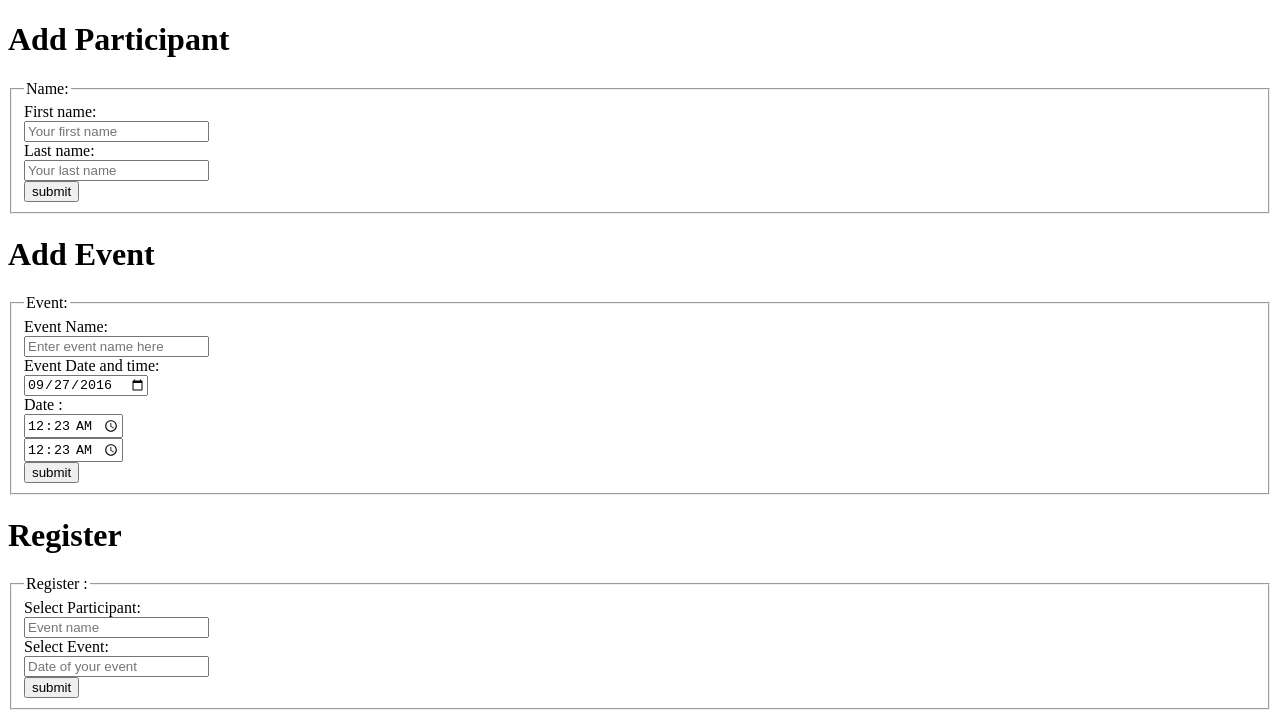
Repository: erickzhao/Event-Registration-Application
Page: http://localhost/
These files come from the project's save history. The page is drawn as it stood at one moment and after the next save; the edit follows.
The browser window is 1280 px wide. The pictures show the whole page.
The page is run by PHP 8.4 with error messages shown; the project is at /var/www/html/.

Above is the page before, as saved 2016-09-28 01:34:31.

After the next save:
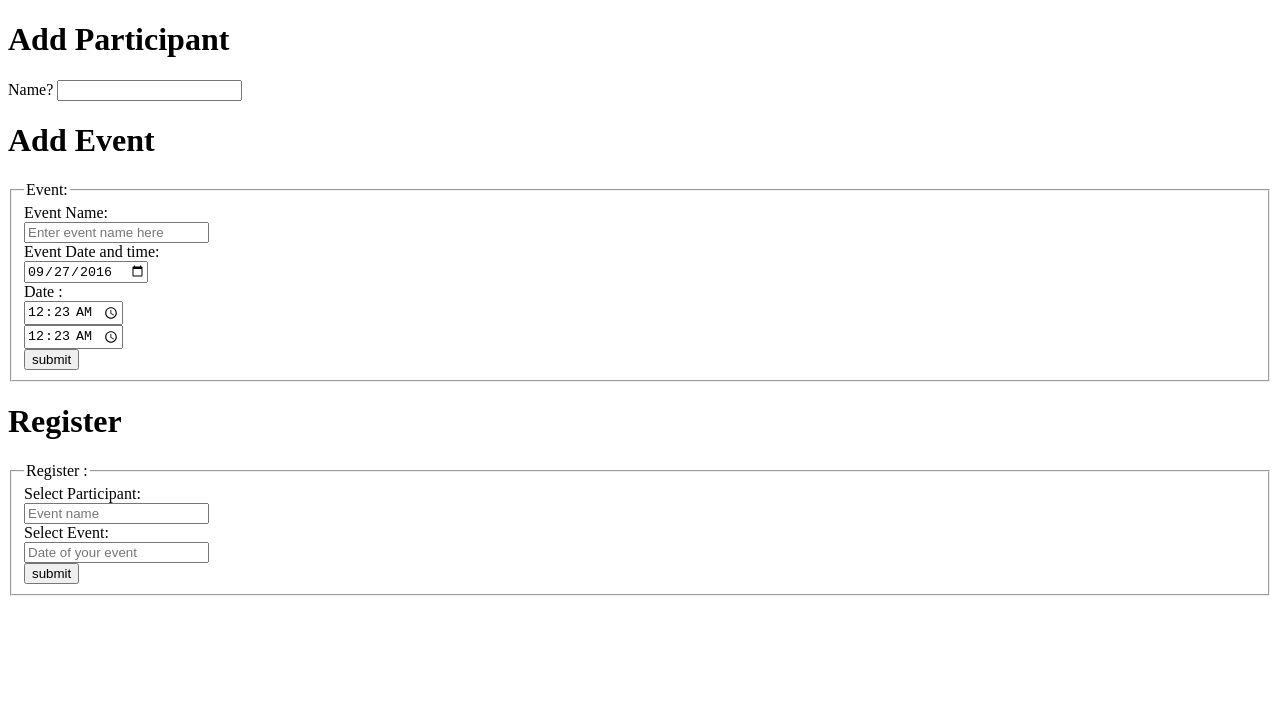
Saved 37 s later.
--- a/workspace-web/EventRegistration/EventRegistration/index.php
+++ b/workspace-web/EventRegistration/EventRegistration/index.php
@@ -14,14 +14,7 @@
 		?>
 		<h1> Add Participant </h1>
 		<form action = "addparticipant.php" method="post"> <!--Insert the php file behind this-->
-			<fieldset>
-				<legend>Name:</legend>
-				First name:<br>
-				<input type="text" name="firstname" placeholder="Your first name"><br>
-				Last name:<br>
-				<input type="text" name="lastname" placeholder="Your last name"><br>
-				<input type="submit" value="submit">
-			</fieldset>
+			<p>Name? <input type="text" name="participant_name" />
 		</form>
 
 		<h1>Add Event</h1>
